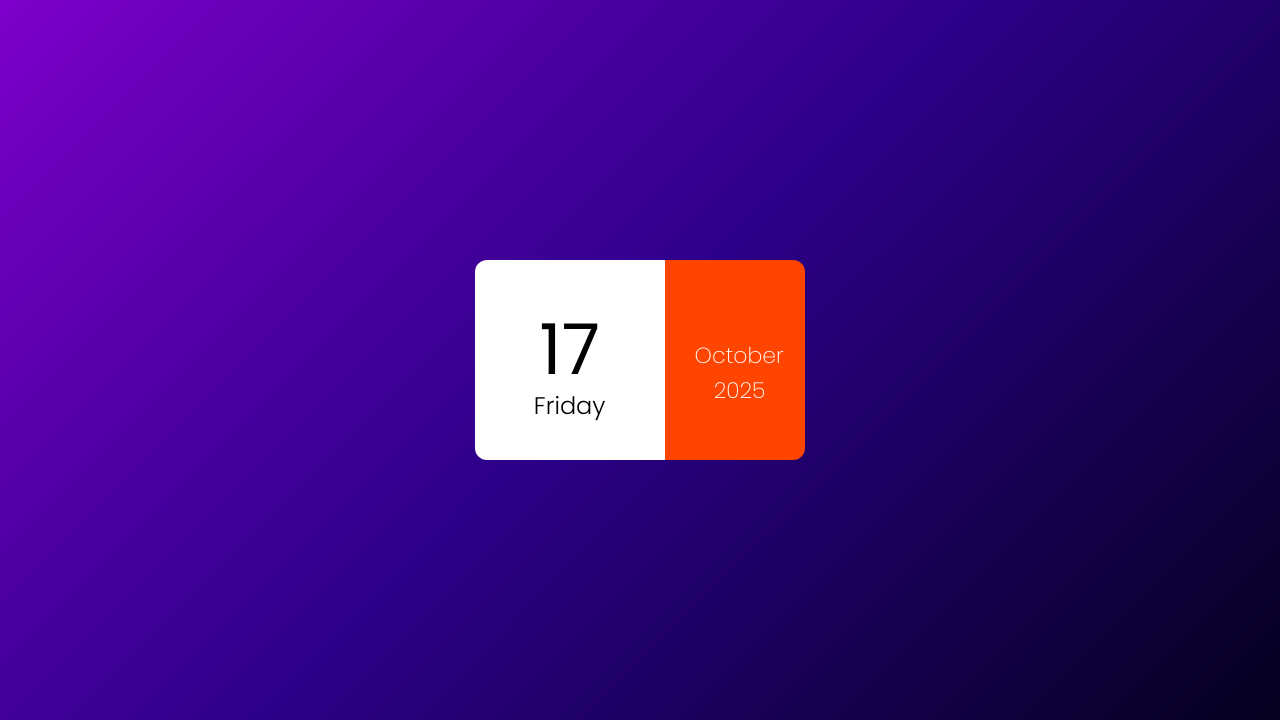
Repository: Ankitkr2021/Calendar
Page: index.html
An editor plug-in stored every save of this project. The page is shown before and after the next save, followed by the edit.
The browser window is 1280 px wide. The pictures show the whole page.

Above is the page before, as saved 2025-10-17 19:52:25.
Console error: TypeError: mon.getMonth is not a function

### index.html
<!DOCTYPE html>
<html lang="en">
<head>
    <meta charset="UTF-8">
    <meta name="viewport" content="width=device-width, initial-scale=1.0">
    <title>Document</title>
    <link rel="stylesheet" href="./style.css">
</head>
<body>
    <div class="box">
        <div class="date">
            <h1>
            <div class="din" id="din"></div>
            <div class="day" id="day"> </div>
            </h1>
        </div>
        <div class="month">
            <div class="mon" id="mon">October</div>
            <div class="year" id="year">2025</div>
        </div>
    </div>
    <script src="./main.js"></script>
</body>
</html>

### style.css
@import url('https://fonts.googleapis.com/css2?family=Poppins:wght@100;200;300;400;500;600;700;800;900&display=swap');

*{
    margin: 0;
    padding: 0;
    box-sizing: border-box;
    font-family: "Poppins",sans-serif;
}

.box {
    display: flex;
    align-items: center;
    justify-content: center;
    height: 100vh;
    background: linear-gradient(135deg, #7d00ca, #2b0087 50%, #05001f 100%);
    color: #fff;
}

.date {
    background: #fff;
    color: #000;
    height: 200px;
    width: 190px;
    display: flex;
    align-items: center;
    justify-content: center;
    border-top-left-radius: 12px;
    border-bottom-left-radius: 12px;
}

.din {
    text-align: center;
    font-size: 70px;
    font-weight: 400;
    margin-bottom: -15px;
}

.day{
    font-size: 24px;
    font-weight: 300;

}

.mon {
    /* display: flex;
    align-items: center;
    justify-content: center; */
    position: relative;
    left: 30px;
    top: 5px;
    font-size: 22px;
    font-weight: 200;
    margin-bottom: 20px;
}

.year {
    /* background: #fff; */
    position: relative;
    right: 40px;
    top: 30px;
     font-size: 22px;
    font-weight: 200;
}

.month{
    background: orangered;
    height: 200px;
    display: flex;
    align-items: center;
    justify-content: center;
    border-top-right-radius: 12px;
    border-bottom-right-radius: 12px;

}

### main.js
const din = document.getElementById("din");
const day = document.getElementById("day");
const mon = document.getElementById("mon");
const year = document.getElementById("year");

const today = new Date();

console.log(today);

const days = ["Sunday", "Monday", "Tuesday", "Wednesday", "Thursday", "Friday", "Saturday"];

din.innerHTML = today.getDate();
day.innerHTML = days[today.getDay()];
mon.innerHTML = mon.getMonth();

After the next save:
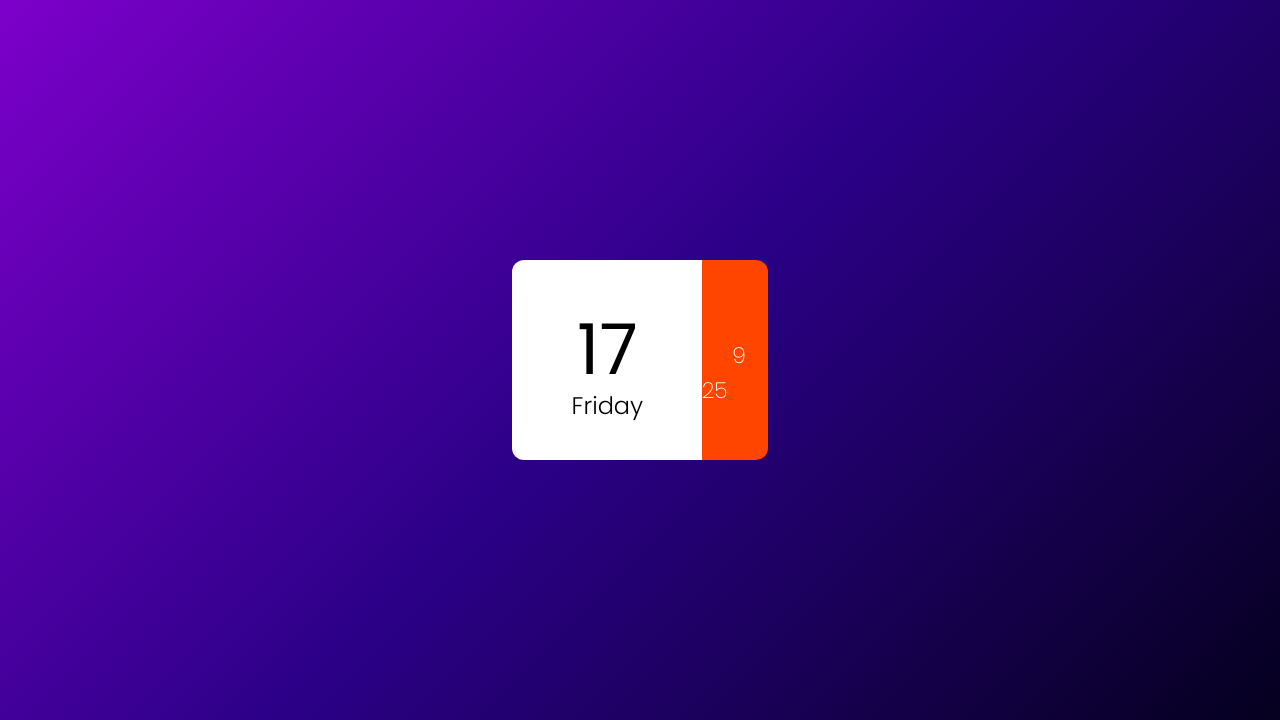
The error is gone.
Saved 21 s later.
--- a/main.js
+++ b/main.js
@@ -11,4 +11,4 @@ const days = ["Sunday", "Monday", "Tuesday", "Wednesday", "Thursday", "Friday",
 
 din.innerHTML = today.getDate();
 day.innerHTML = days[today.getDay()];
-mon.innerHTML = mon.getMonth();
+mon.innerHTML = today.getMonth();
